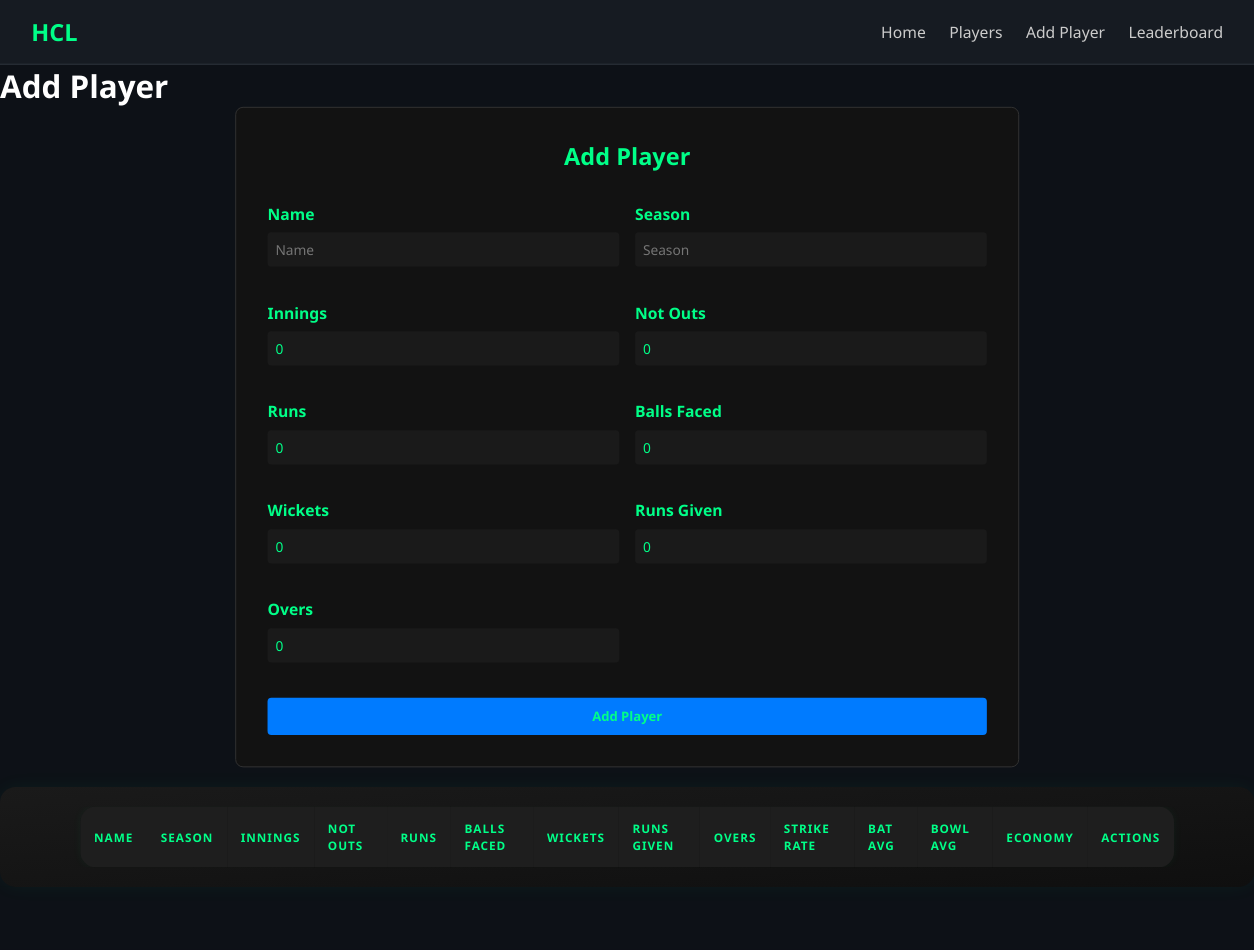
Repository: DanTastic-Dev/HCL
Page: /add (app in cricket-app/)
The author's editor kept a copy of each file at every save. The page is drawn from the files as they stood at one save, then again after the next save.
The browser window is 1280 px wide. The pictures show the whole page, at 98% of full size.
The page's requests for data from a server got no answer. The project was rebuilt for these pictures with package versions that can differ from the ones it lists, and the page was loaded fresh each time. No one was signed in, and anything a server would have sent is missing. Also part of the build but not shown: cricket-app/src/components/TopPerformers.jsx, cricket-app/src/components/MiniLeaderboards.jsx, cricket-app/src/components/IntroAnimation.css, cricket-app/src/pages/HomePage.jsx, cricket-app/src/components/PlayerCard.jsx, cricket-app/src/pages/ViewPlayersPage.jsx, cricket-app/src/pages/LeaderboardPage.jsx, cricket-app/src/pages/EditPlayerPage.jsx.

Above is the page before, as saved 2025-06-19 12:30:10.

After the next save:
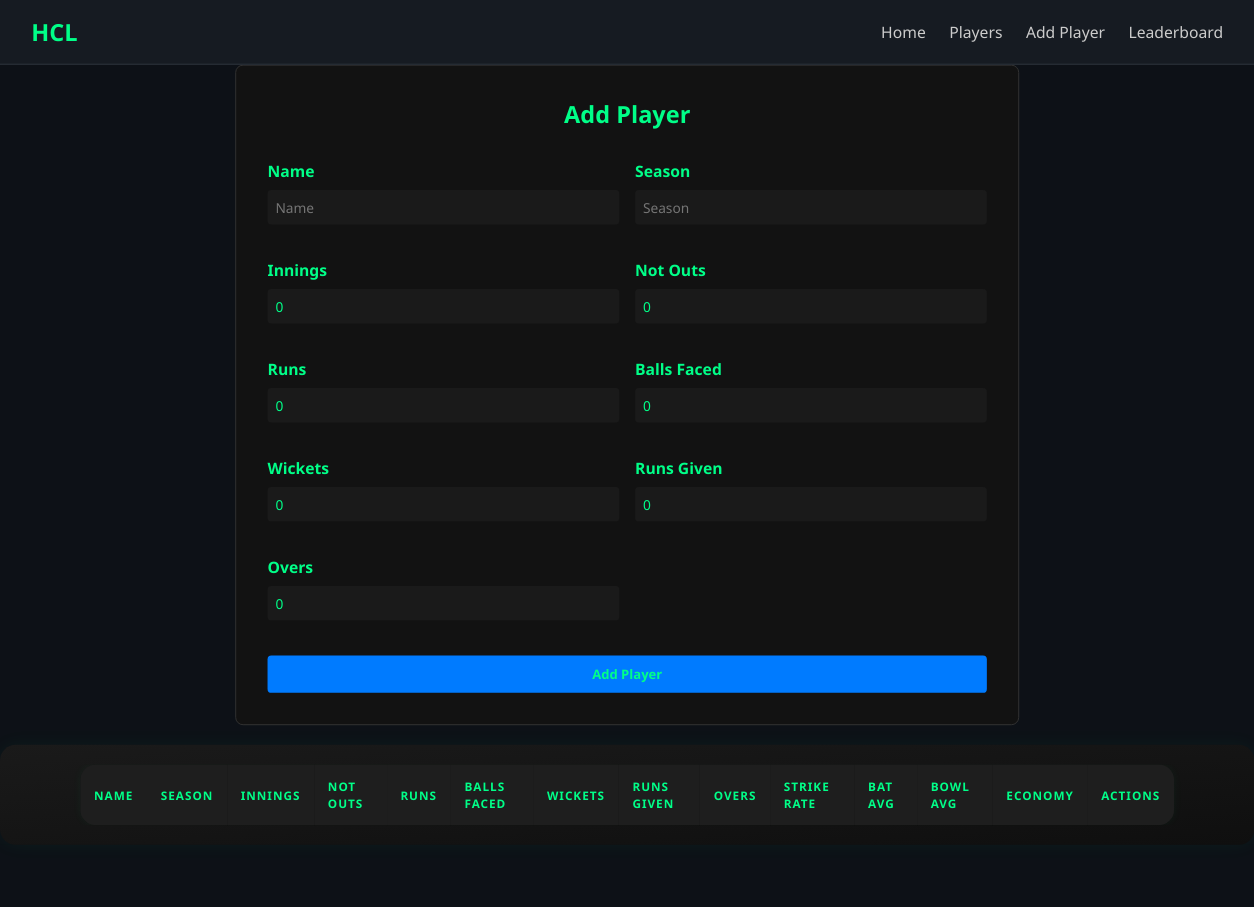
Saved 52 s later.
--- a/cricket-app/src/pages/AddPlayerPage.jsx
+++ b/cricket-app/src/pages/AddPlayerPage.jsx
@@ -122,7 +122,7 @@ function AddPlayerPage() {
 
     return (
         <div style={{ marginBottom: '4rem' }}>
-            <h1>Add Player</h1>
+            {/* <h1>Add Player</h1> */}
             <PlayerForm
                 formData={formData}
                 handleChange={handleChange}
